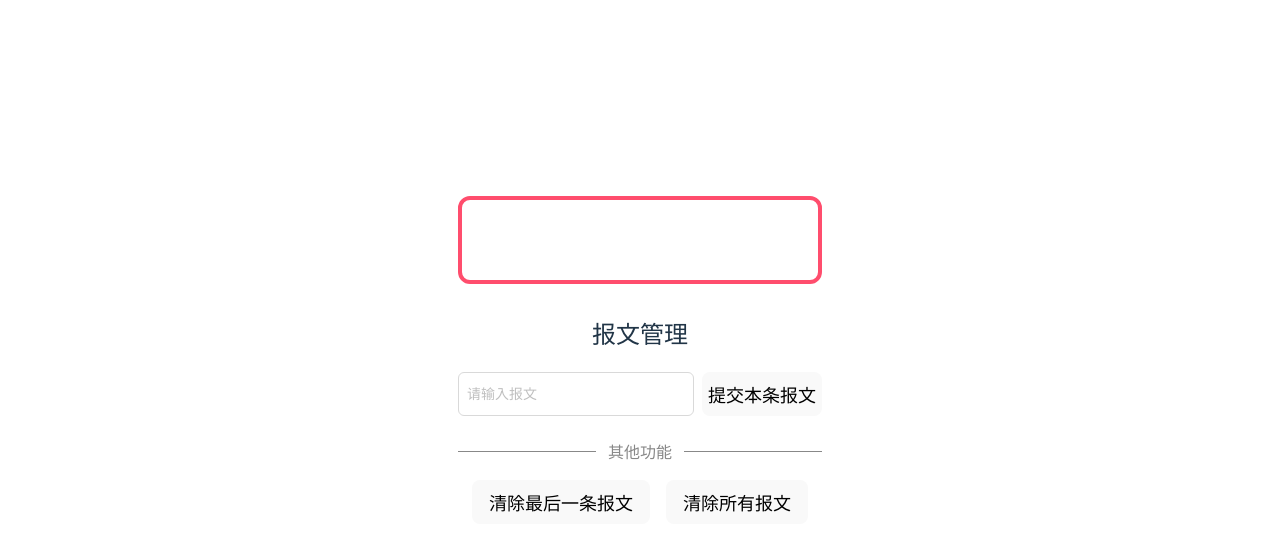
Repository: WUTONK/GoBlogAssignment3
Page: /user/postmodify (app in frontend/)
The author's editor kept a copy of each file at every save. The page is drawn from the files as they stood at one save, then again after the next save.
The browser window is 1280 px wide. The pictures show the whole page.
The project was rebuilt for these pictures with package versions that can differ from the ones it lists, and the page was loaded fresh each time. Also part of the build but not shown: frontend/vite.config.ts, frontend/src/api/runtime.ts, frontend/src/api/models/LoginReq.ts, frontend/src/api/models/LoginRsp.ts, frontend/src/api/models/SqlReq.ts, frontend/src/api/models/SqlRsp.ts, frontend/src/api/models/index.ts, frontend/src/api/apis/DefaultApi.ts and 5 more.

Above is the page before, as saved 2025-07-26 23:59:33.

After the next save:
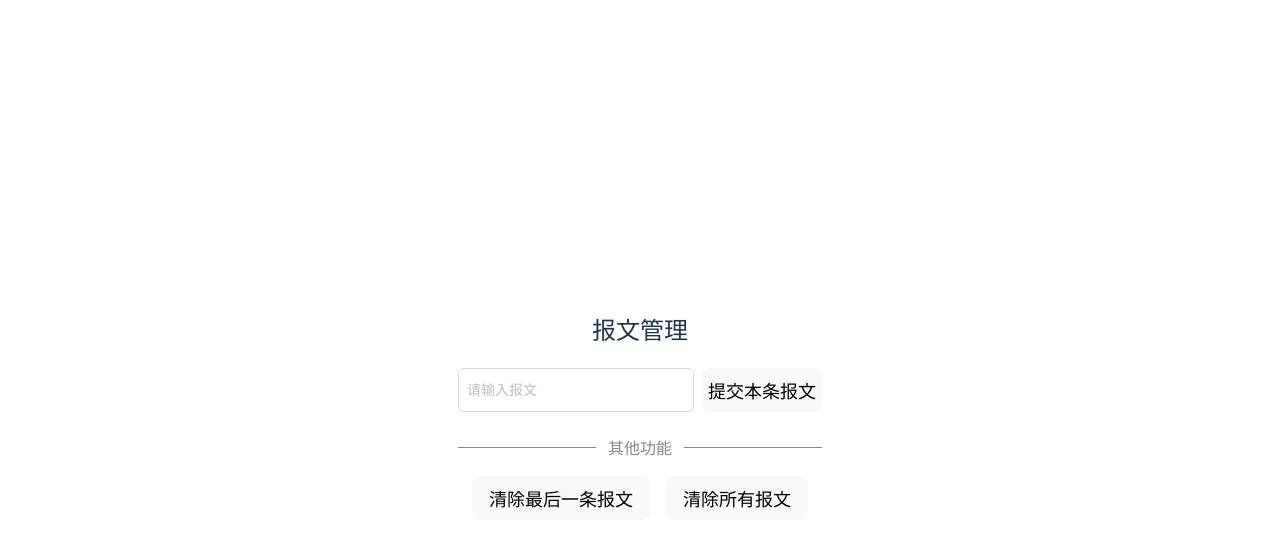
Saved 72 s later.
--- a/frontend/src/PostModifyPage.tsx
+++ b/frontend/src/PostModifyPage.tsx
@@ -15,7 +15,7 @@ function PostModify() {
         style={{
           height: 80,
           marginBottom: 32,
-          border: "4px solid #ff4d6d",
+          border: "4px solidrgb(219, 177, 185)",
           borderRadius: 12,
           display: "flex",
           alignItems: "center",
